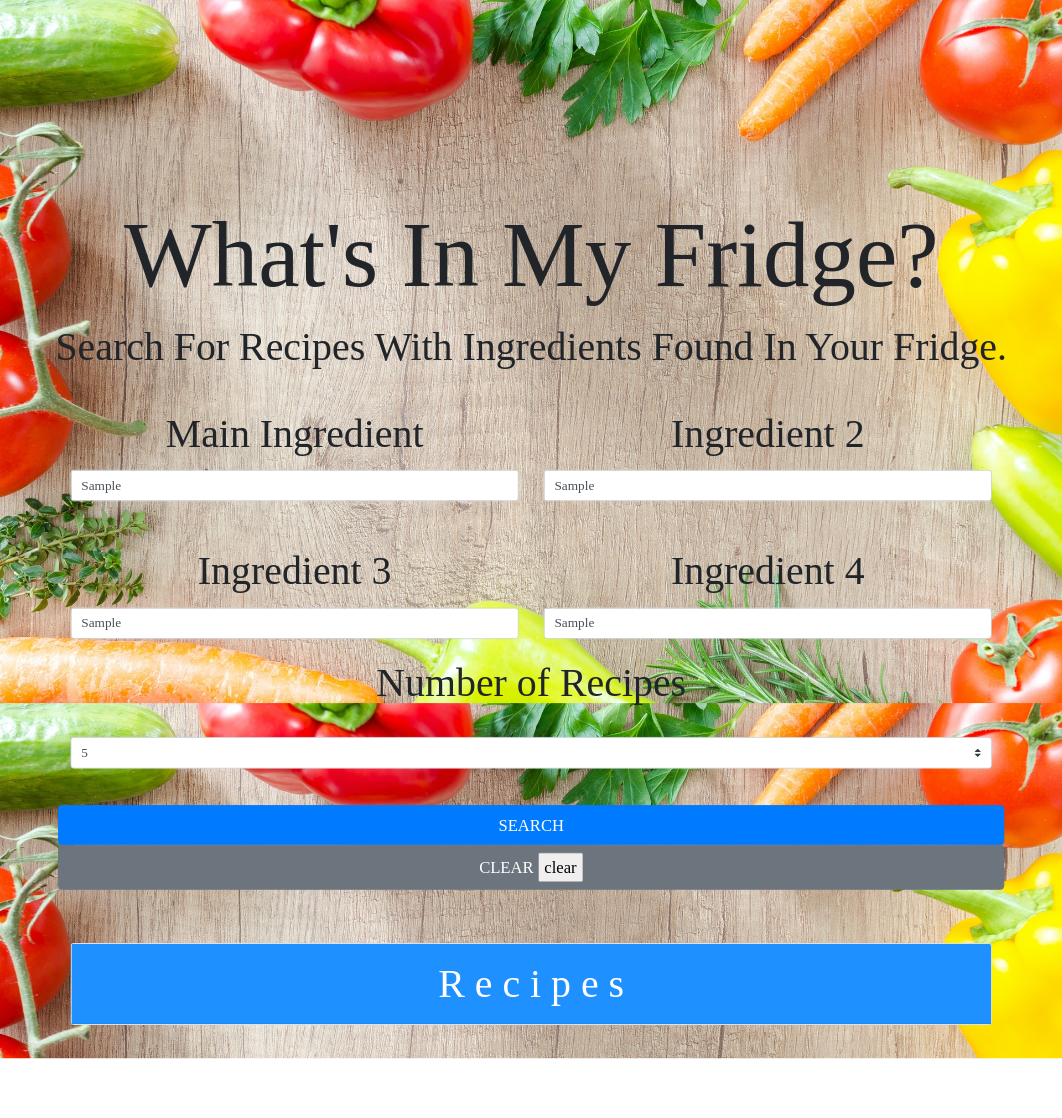
Repository: ogipajic/Recipe_API
Page: index.html
The author's editor kept a copy of each file at every save. The page is drawn from the files as they stood at one save, then again after the next save.
The browser window is 1280 px wide. The pictures show the whole page, at 83% of full size.
Empty fields were first filled with sample values (such as "Sample", 5 or name@example.com).
After loading, the first visible `#clear-all > input` was clicked once.
Backgrounds fixed to the window are drawn as part of the page. Some web fonts or font styles are not loaded; a fallback is used.

Above is the page before, as saved 2020-07-14 14:30:41.
Console error: ReferenceError: newFunction is not defined

After the next save:
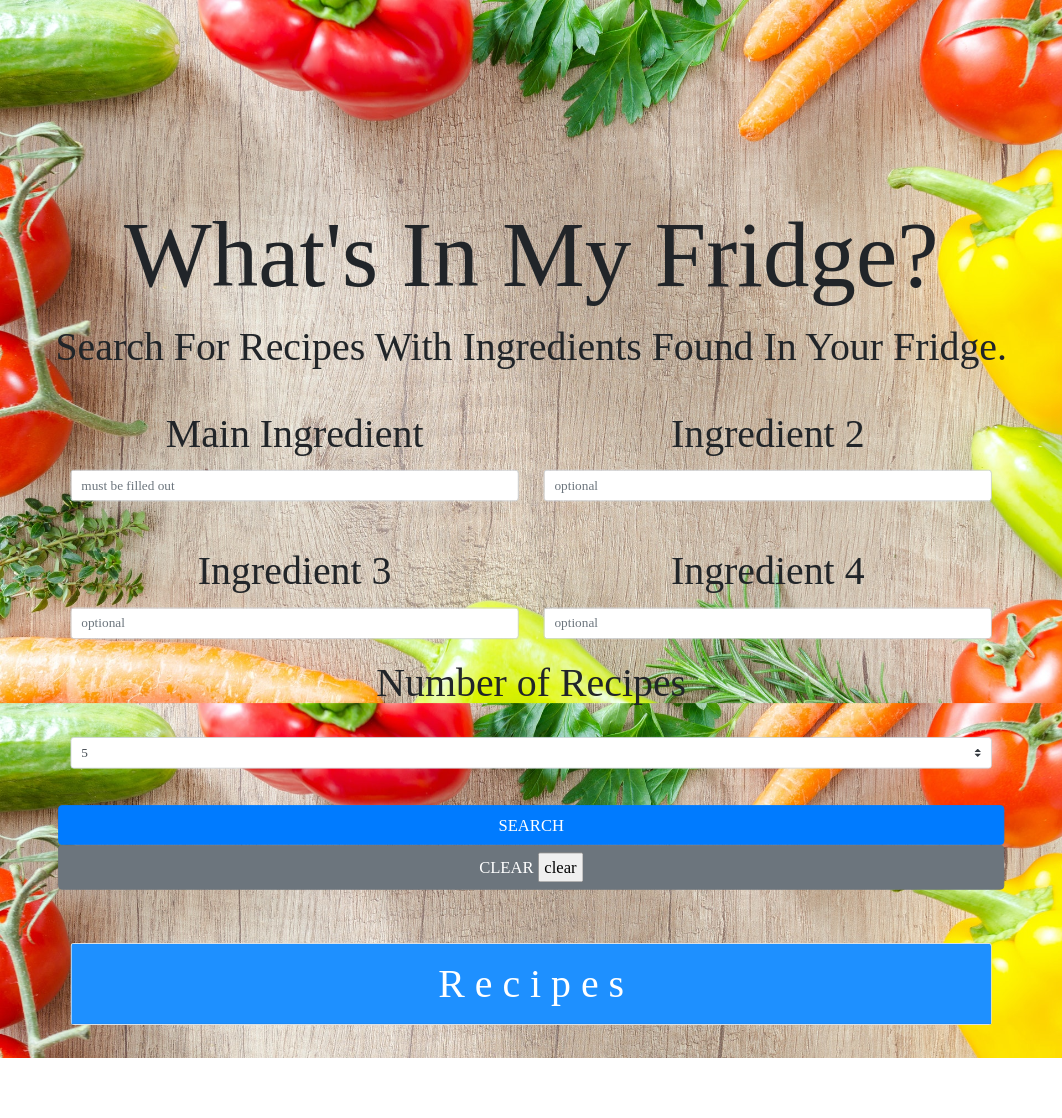
The error is gone.
Saved 44 s later.
--- a/script.js
+++ b/script.js
@@ -81,6 +81,9 @@
         $("#recipe-section").empty();
     }
 
+
+
+
     // Click Handlers
     // ============================================
 
@@ -109,12 +112,7 @@
 
       var ingredient3 = $("#ingredient-4").val().trim();
 
-
-
-
               var tag = ingredient + "," + ingredient1 + "," + ingredient2 + "," + ingredient3;
-
-
 
               var settings = {
                 "async": true,
@@ -133,5 +131,8 @@
             // Append recipes from API to the html - #recipe-section
             $()
         });
+        // on("click") function associated with the clear button
 
-         $("#clear-all").on("click", clear);
+       function newFunction() {
+           document.getElementById("newForm").reset();
+       }
